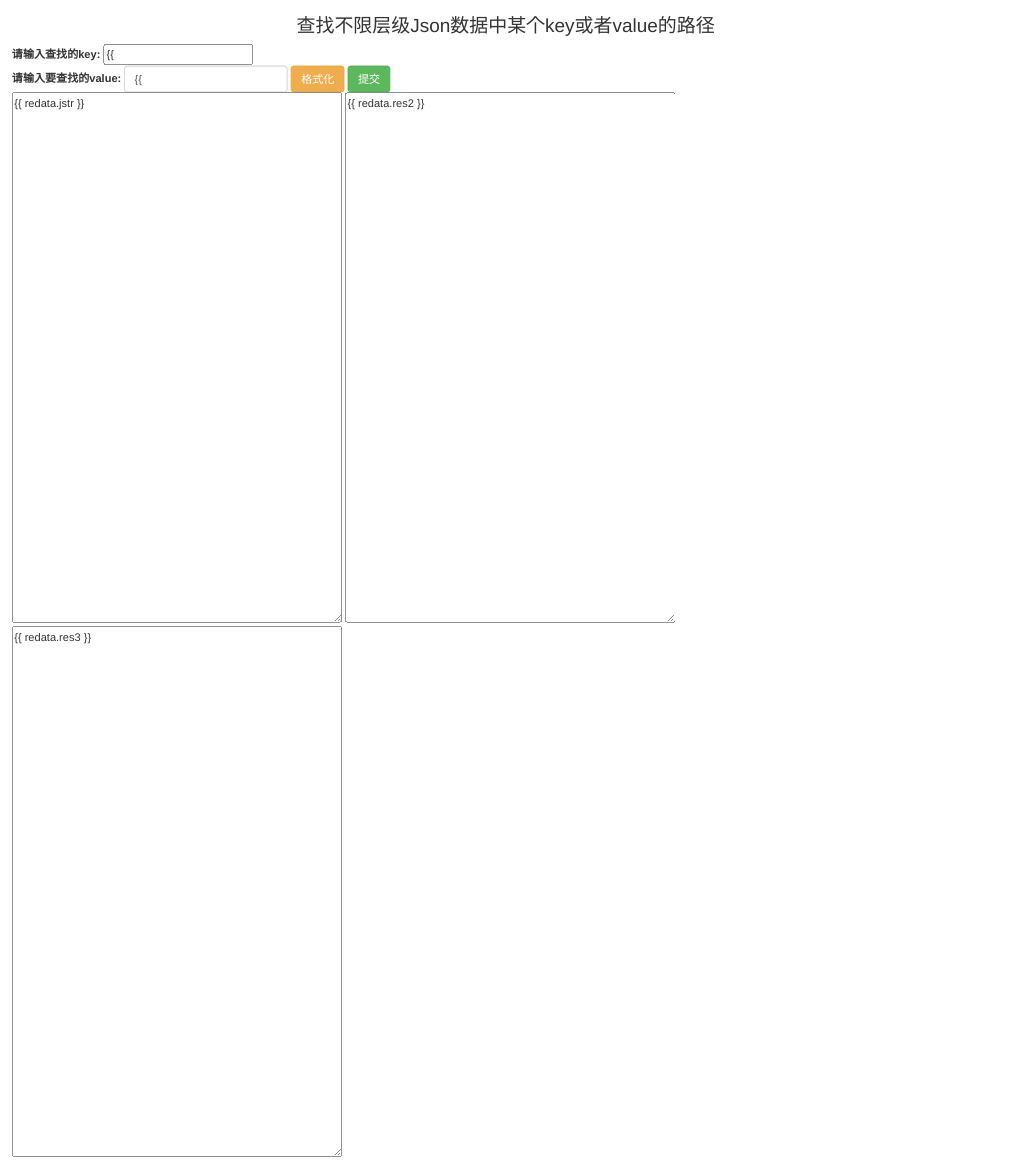
Repository: wangyanqing666/study
Page: other.html
The author's editor kept a copy of each file at every save. The page is drawn from the files as they stood at one save, then again after the next save.
The browser window is 1280 px wide. The pictures show the whole page, at 79% of full size.
Some web libraries are served in a nearby version.

Above is the page before, as saved 2020-12-03 11:17:29.

After the next save:
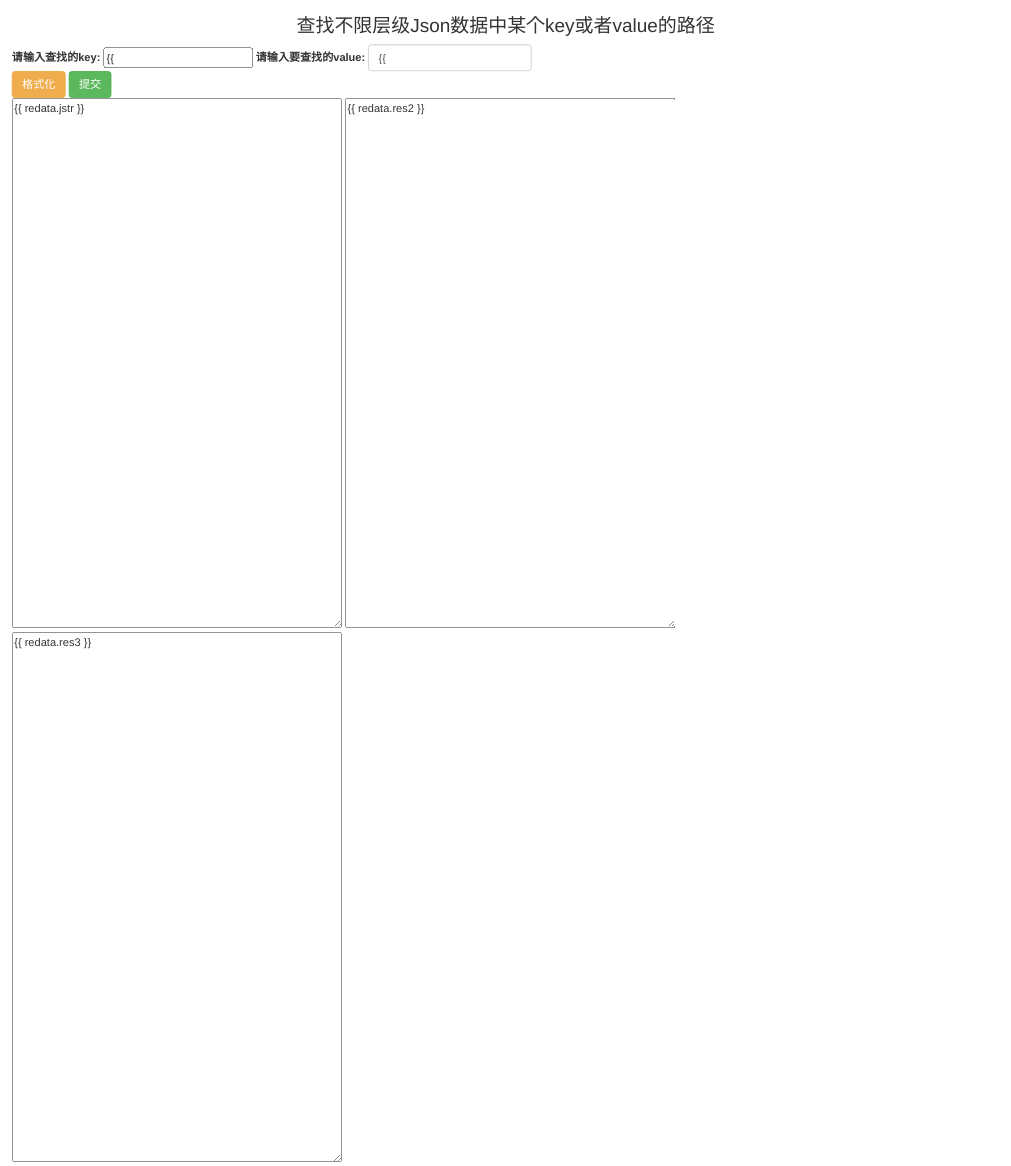
Saved 27 s later.
--- a/other.html
+++ b/other.html
@@ -26,12 +26,13 @@
                 <input class="form-group" type="text" id="key" name="key" value={{ redata.key }}>
             </div>
 
-            <div class="form-horizontal">
+            <div class="form-group">
                 <label>请输入要查找的value: </label>
                 <input class="form-control" type="text" id="key1" name="key1" value={{ redata.value }}>
-                <button type="button" class="btn btn-warning" id="formatting" onclick="beautify();">格式化</button>
-                <input type="submit" class="btn btn-success" value="提交">
-
+            </div>
+            <div>
+                                <button type="button" class="btn btn-warning" id="formatting" onclick="beautify();">格式化</button>
+                                <input type="submit" class="btn btn-success" value="提交">
             </div>
 
             <div class="form-group">
